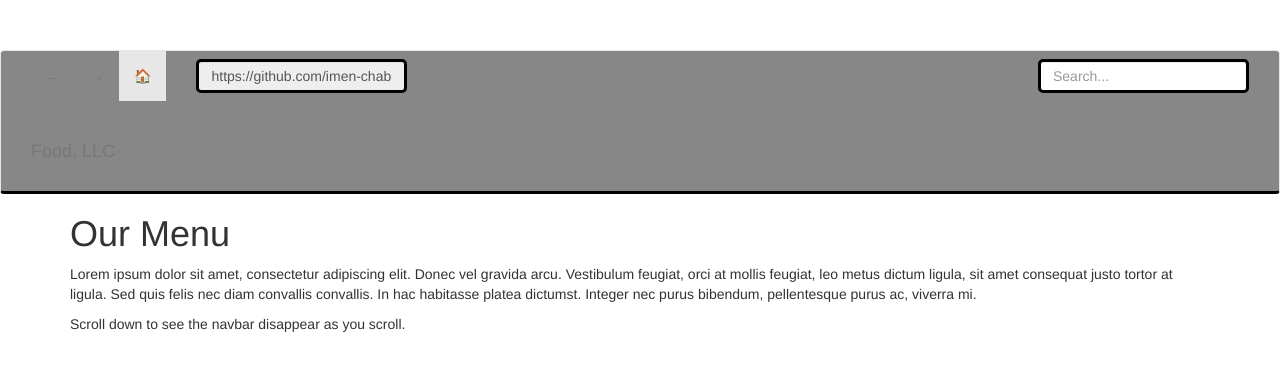
Repository: imen-chabchoub/coursera-test1
Page: mod3-solution/index.html
These files come from the project's save history. The page is drawn as it stood at one moment and after the next save; the edit follows.
The browser window is 1280 px wide. The pictures show the whole page.

Above is the page before, as saved 2025-02-12 14:34:35.

### mod3-solution/index.html
<!DOCTYPE html>
<html lang="en">
<head>
    <meta charset="UTF-8">
    <meta name="viewport" content="width=device-width, initial-scale=1.0">
    <title>Food, LLC</title>
    <link rel="stylesheet" href="https://maxcdn.bootstrapcdn.com/bootstrap/3.3.7/css/bootstrap.min.css">
    <link rel="stylesheet" href="css/style.css">
</head>
<body>
    <!-- Navbar -->
    <nav class="navbar navbar-default">
        <div class="container-fluid">
            <!-- Brand and toggle get grouped for better mobile display -->
            <div class="navbar-header">
                <button type="button" class="navbar-toggle collapsed" data-toggle="collapse" data-target="#navbar-collapse">
                    <span class="sr-only">Toggle navigation</span>
                    <span class="icon-bar"></span>
                    <span class="icon-bar"></span>
                    <span class="icon-bar"></span>
                </button>
            </div>

            <!-- Collect the nav links, forms, and other content for toggling -->
            <div class="collapse navbar-collapse" id="navbar-collapse">
                <ul class="nav navbar-nav">
                    <li><a href="#" class="nav-back">←</a></li>
                    <li><a href="#" class="nav-forward">→</a></li>
                    <li class="active"><a href="#" class="nav-home">🏠</a></li>
                </ul>
                <div class="navbar-form navbar-left">
                    <input type="text" class="form-control nav-url" value="https://github.com/imen-chabchoub/coursera-test/tree/module2-solution" readonly>
                </div>
                <div class="navbar-form navbar-right">
                    <input type="text" class="form-control search" placeholder="Search...">
                </div>
            </div><!-- /.navbar-collapse -->
            <div class="navbar-text text-center">
                <a class="navbar-brand" href="#">Food, LLC</a>
            </div>
        </div><!-- /.container-fluid -->
    </nav>

    <!-- Content -->
    <div class="container">
        <h1>Our Menu</h1>
        <p>Lorem ipsum dolor sit amet, consectetur adipiscing elit. Donec vel gravida arcu. Vestibulum feugiat, orci at mollis feugiat, leo metus dictum ligula, sit amet consequat justo tortor at ligula. Sed quis felis nec diam convallis convallis. In hac habitasse platea dictumst. Integer nec purus bibendum, pellentesque purus ac, viverra mi.</p>
        <p>Scroll down to see the navbar disappear as you scroll.</p>
    </div>

    <script src="https://ajax.googleapis.com/ajax/libs/jquery/1.12.4/jquery.min.js"></script>
    <script src="https://maxcdn.bootstrapcdn.com/bootstrap/3.3.7/js/bootstrap.min.js"></script>
</body>
</html>

### mod3-solution/css/style.css
body {
    padding-top: 50px; /* Ensure the content does not overlap the navbar */
}

.navbar {
    margin-bottom: 0;
    background-color: #878787;
    border-bottom: black solid;
}

.navbar-text {
    text-align: center;
    width: 100%;
    padding-top: 10px;
}

.nav-url {
    width: 40%;
    margin: 0 15px;
    border: black solid;
    border-radius: 5px;
    font-size: 14px;
    background-color: #f0f0f0;
}

.search {
    width: 150px;
    border: black solid;
    border-radius: 5px;
}

After the next save:
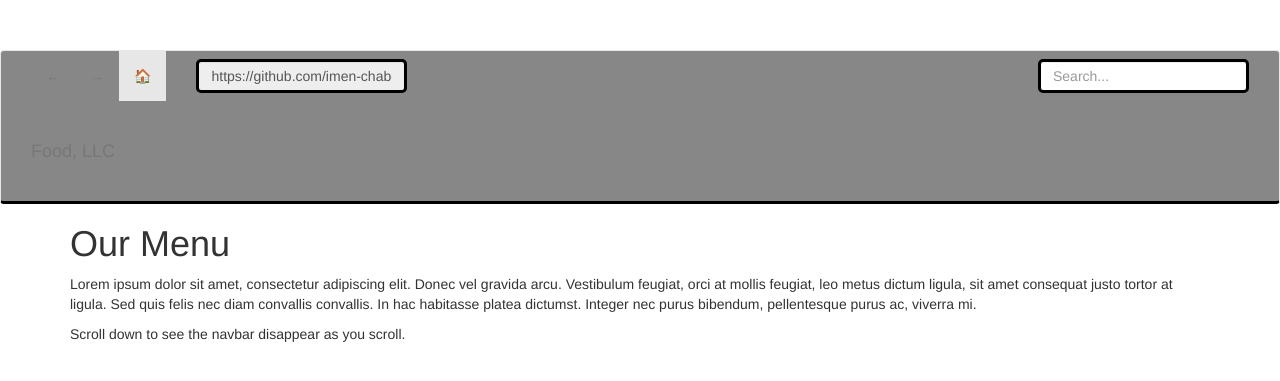
Saved 41 s later.
--- a/mod3-solution/index.html
+++ b/mod3-solution/index.html
@@ -36,7 +36,7 @@
                 </div>
             </div><!-- /.navbar-collapse -->
             <div class="navbar-text text-center">
-                <a class="navbar-brand" href="#">Food, LLC</a>
+                <p class="navbar-brand">Food, LLC</p>
             </div>
         </div><!-- /.container-fluid -->
     </nav>

After the 2 saves that followed:
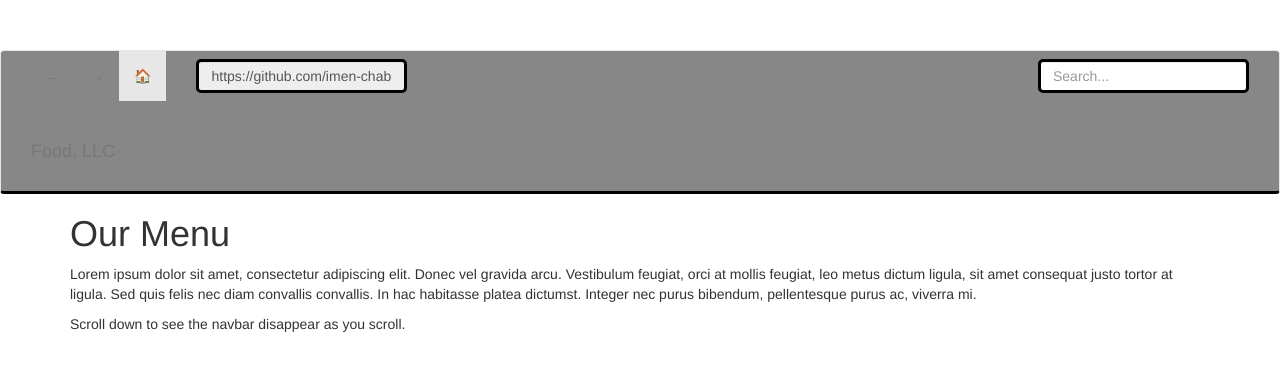
The 2 saves are shown as one change because 1 left the picture as it was.
The last was saved 5 min 27 s later.
--- a/mod3-solution/index.html
+++ b/mod3-solution/index.html
@@ -35,8 +35,9 @@
                     <input type="text" class="form-control search" placeholder="Search...">
                 </div>
             </div><!-- /.navbar-collapse -->
+            <div class="navbar-divider"></div>
             <div class="navbar-text text-center">
-                <p class="navbar-brand">Food, LLC</p>
+                <a class="navbar-brand" href="#">Food, LLC</a>
             </div>
         </div><!-- /.container-fluid -->
     </nav>
--- a/mod3-solution/css/style.css
+++ b/mod3-solution/css/style.css
@@ -28,3 +28,6 @@ body {
     border: black solid;
     border-radius: 5px;
 }
+.navbar-brand{
+    color:black;
+}
